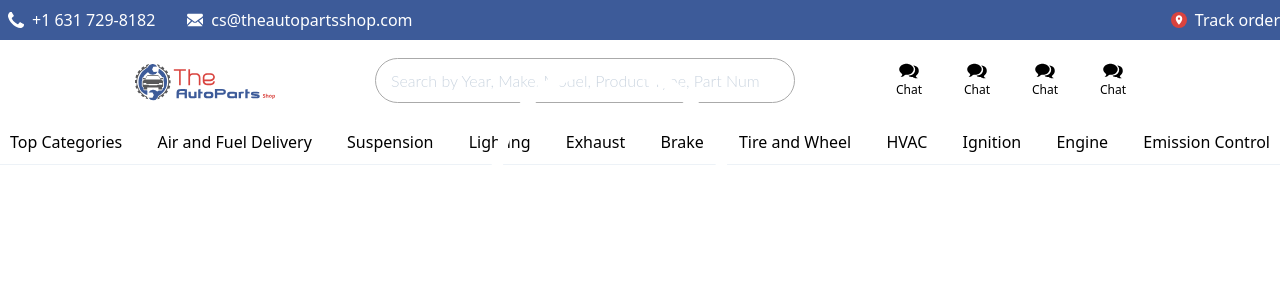
Repository: robindhimanspineor/TAPS-Next
Page: /
These files come from the project's save history. The page is drawn as it stood at one moment and after the next save; the edit follows.
The browser window is 1280 px wide. The pictures show the whole page.
The project was rebuilt for these pictures with package versions that can differ from the ones it lists, and the page was loaded fresh each time. The framework's server and built-in components were replaced by stand-ins that run in the browser. Also part of the build but not shown: next.config.js.

Above is the page before, as saved 2021-09-16 18:02:58.

After the next save:
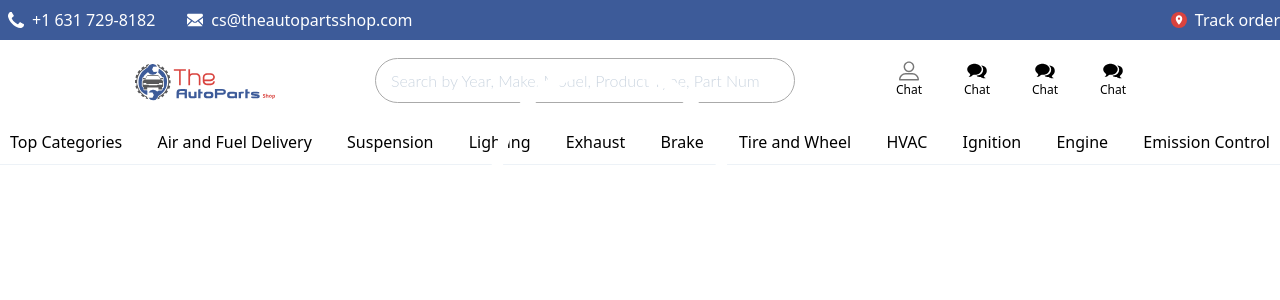
Saved 7 s later.
--- a/src/components/common/header/navigation/Login/index.tsx
+++ b/src/components/common/header/navigation/Login/index.tsx
@@ -7,7 +7,7 @@ const Login = () => {
     <li className=".account">
       <div className="wrap">
         <span className="nav-icon">
-          <CommentsSvg />
+          <UserSvg />
         </span>
         <span className="icon_label">Chat</span>
       </div>
